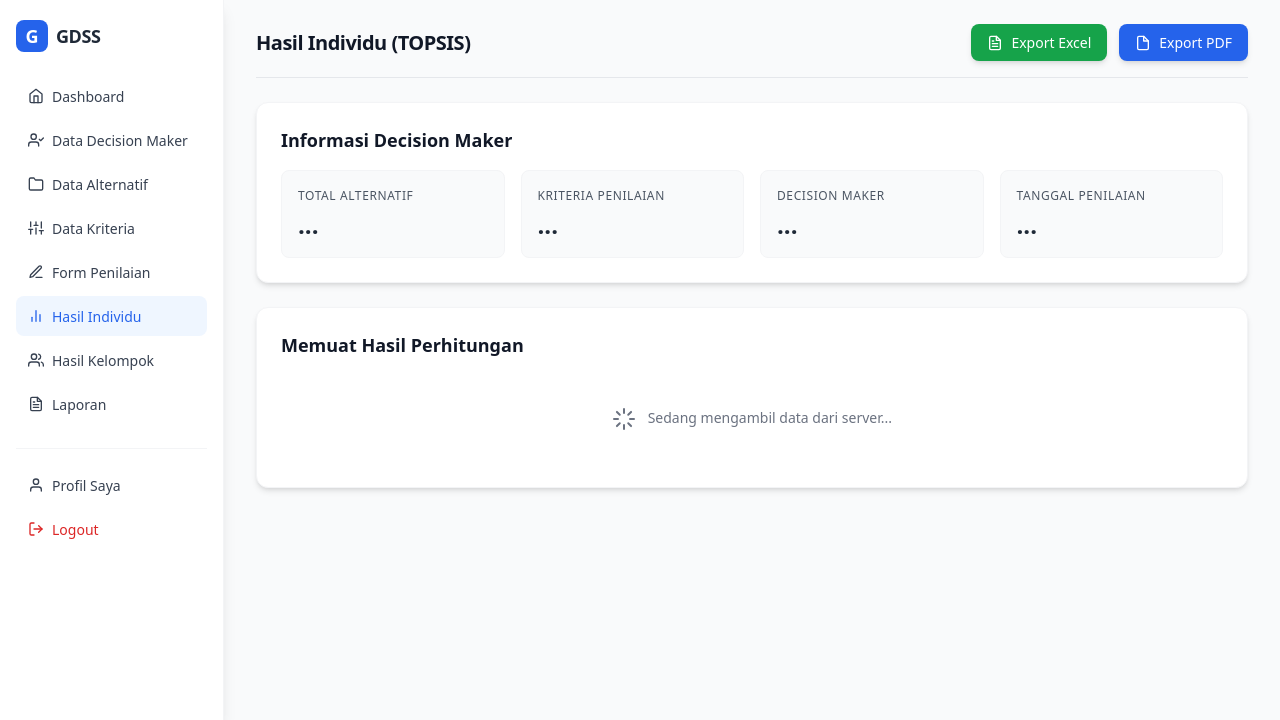
Repository: adamftnnn-ui/Web-GDSS-With-TOPSIS-n-BORDA
Page: frontend/views/hasil-individu.html
These files come from the project's save history. The page is drawn as it stood at one moment and after a run of saves; the edit follows.
The browser window is 1280 px wide. The pictures show the whole page.
Some web libraries are served in a nearby version.

Above is the page before, as saved 2025-11-11 10:42:08.
Console error: SyntaxError: Unexpected token 'const'

After the next 2 saves:
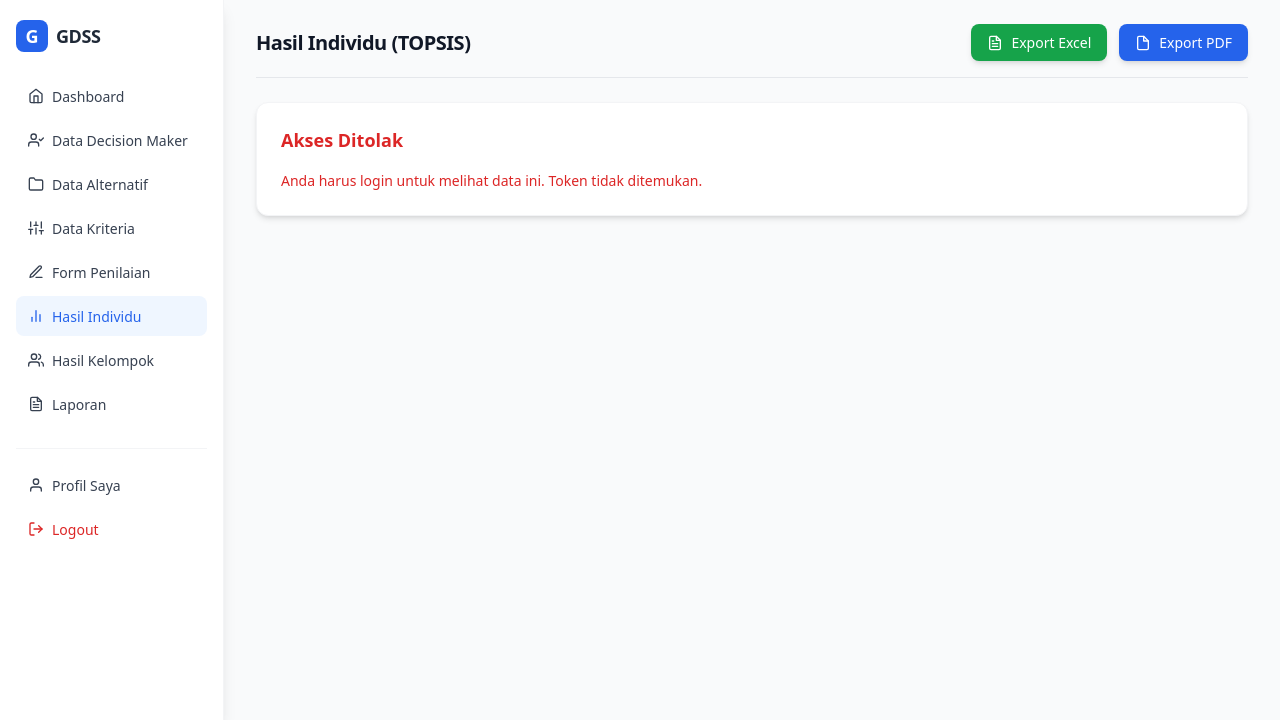
The error is gone.
The 2 saves are shown as one change because they came seconds apart.
The last was saved 7 s later.
--- a/frontend/views/hasil-individu.html
+++ b/frontend/views/hasil-individu.html
@@ -202,8 +202,6 @@
                 loadingContainer.style.display = 'none';
                 return; // Hentikan eksekusi skrip
             }
----
-            // --- 2. FUNGSI HELPER (Fetch, Logout, Parse JWT)
             const API_BASE_URL = 'https://web-gdss.vercel.app/api';
             const LOGOUT_URL = `${API_BASE_URL}/auth/logout`;
 
